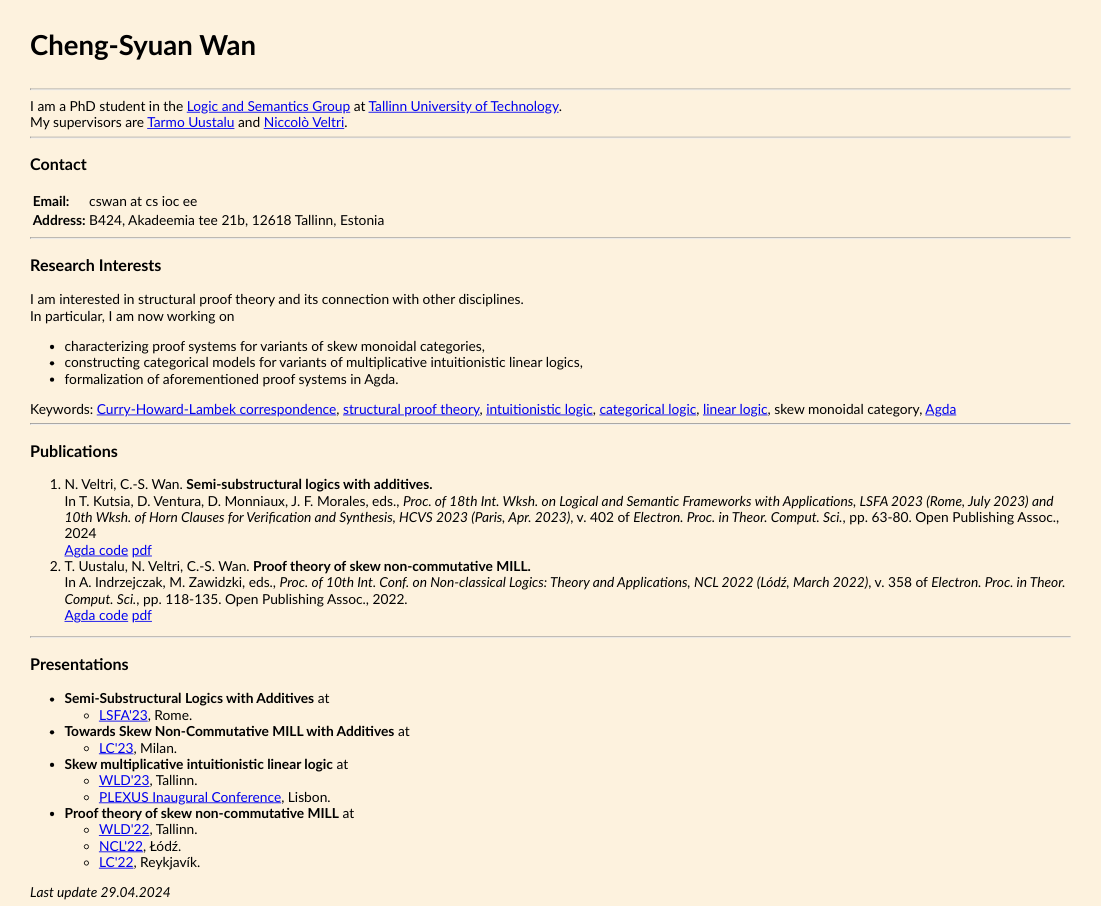
Repository: cswphilo/cswphilo.github.io
Page: index.html
These files come from the project's save history. The page is drawn as it stood at one moment and after the next save; the edit follows.
The browser window is 1280 px wide. The pictures show the whole page, at 86% of full size.

Above is the page before, as saved 2024-04-29 11:20:44.

### index.html
<!DOCTYPE html>

<head>
    <link rel="preconnect" href="https://fonts.googleapis.com">
    <link rel="preconnect" href="https://fonts.gstatic.com" crossorigin>
    <link href="https://fonts.googleapis.com/css2?family=Noto+Sans+Mono&display=swap" rel="stylesheet">
    <style type ="text/css">
        body {
            background-color: #fdf2de;
            font-family: 'Gill Sans', 'Gill Sans MT', Calibri, 'Trebuchet MS', sans-serif, 'Noto Sans Mono';
            font-size: medium;
            margin-left: 35px;
            margin-right: 35px;
        }
        p {
            color:#000000;
        }
    </style>
    <title> Cheng-Syuan Wan </title>
</head>
<body>
    <div><h1><p>Cheng-Syuan Wan</p></h1>
        <!-- <img src="avatar.jpg" style="width:16%;height:16%; margin-left: 140px;"> -->
    </div>
    <hr/>
    <div>
        I am a PhD student in the <a href="https://cs.ioc.ee/lsg/">Logic and Semantics Group</a> at <a href="https://taltech.ee/en/">Tallinn University of Technology</a>.
        <br/>
        My supervisors are <a href="https://cs.ioc.ee/~tarmo/">Tarmo Uustalu</a> and <a href="https://niccoloveltri.github.io/">Niccolò Veltri</a>.
    </div>
    <hr/>
    <div>
        <h3>Contact</h3>
        <table>
            <tr>
                <td><b>Email: </b></td> <td> cswan at cs ioc ee </td>
            </tr>
            <tr>
                <td><b>Address: </b></td> <td>B424, Akadeemia tee 21b, 12618 Tallinn, Estonia</td>
            </tr>
        </table>
    </div>
    <hr/>
    <div>
        <h3>Research Interests</h3>
        I am interested in structural proof theory and its connection with other disciplines.
        <br/>
        In particular, I am now working on
        <ul>
            <li>characterizing proof systems for variants of skew monoidal categories, </li>
            <li>constructing categorical models for variants of multiplicative intuitionistic linear logics, </li>
            <li>formalization of aforementioned proof systems in Agda.</li>
        </ul>
Keywords: <a href="https://en.wikipedia.org/wiki/Curry%E2%80%93Howard_correspondence">Curry-Howard-Lambek correspondence</a>, <a href="https://plato.stanford.edu/entries/proof-theory/#NewLogiCalc">structural proof theory</a>, <a href="https://plato.stanford.edu/entries/logic-intuitionistic/">intuitionistic logic</a>, <a href="https://en.wikipedia.org/wiki/Categorical_logic">categorical logic</a>, <a href="https://plato.stanford.edu/entries/logic-linear/">linear logic</a>, skew monoidal category, <a href="https://agda.readthedocs.io/en/v2.6.2.2/getting-started/what-is-agda.html">Agda</a>
    </div>
    <hr/>
    <div>
        <h3>Publications</h3>
    <ol>
        <li>N. Veltri, C.-S. Wan. <b>Semi-substructural logics with additives.</b>
        <br />
            In T. Kutsia, D. Ventura, D. Monniaux, J. F. Morales, eds., <em>Proc. of 18th Int. Wksh. on Logical and Semantic Frameworks with Applications, LSFA 2023 (Rome, July 2023) and 10th Wksh. of Horn Clauses for Verification and Synthesis, HCVS 2023 (Paris, Apr. 2023)</em>, v. 402 of <em>Electron. Proc. in Theor. Comput. Sci.</em>, pp. 63-80. Open Publishing Assoc., 2024
        <br />
            <a href="https://github.com/cswphilo/SkewMonAdd">Agda code</a>
            <a href="https://cgi.cse.unsw.edu.au/~eptcs/paper.cgi?LSFA2023.8.pdf">pdf</a>
        </li>
        <li>T. Uustalu, N. Veltri, C.-S. Wan. <b>Proof theory of skew non-commutative MILL.</b>
        <br />
            In A. Indrzejczak, M. Zawidzki, eds., <em>Proc. of 10th Int. Conf. on Non-classical Logics: Theory and Applications, NCL 2022 (Lódź, March 2022)</em>, v. 358 of <em>Electron. Proc. in Theor. Comput. Sci.</em>, pp. 118-135. Open Publishing Assoc., 2022.
        <br />
            <a href="https://github.com/niccoloveltri/code-skewmonclosed">Agda code</a>
            <a href="https://cgi.cse.unsw.edu.au/~eptcs/paper.cgi?NCL2022.9.pdf">pdf</a>
        </li>
    </ol>
    </div>
    <hr/>
    <div>
        <h3 id="presentations">Presentations</h3>
        <ul>
           <li><b>Semi-Substructural Logics with Additives</b> at
                <ul>
                    <li><a href="https://sites.google.com/ufg.br/lsfa2023/">LSFA'23</a>, Rome. </li>
                </ul>
           <li><b>Towards Skew Non-Commutative MILL with Additives</b> at
            <ul>
                <li><a href="https://lc2023.unimi.it/">LC'23</a>, Milan. </li>
            </ul>
           <li><b>Skew multiplicative intuitionistic linear logic</b> at
            <ul>
                <li><a href="https://cs.ioc.ee/lsg/wld23/">WLD'23</a>, Tallinn. </li>
                <li><a href="https://cful.letras.ulisboa.pt/lancog/events/plexus-inaugural-conference-24-27-may-2023/">PLEXUS Inaugural Conference</a>, Lisbon. </li>
            </ul>
           </li>
           <li><b>Proof theory of skew non-commutative MILL</b> at
            <ul>
                <li><a href="https://cs.ioc.ee/lsg/wld22/">WLD'22</a>, Tallinn. </li>
                <li><a href="https://easychair.org/smart-program/NCL'22/">NCL'22</a>, Łódź. </li>
                <li><a href="http://icetcs.ru.is/lc2022/">LC'22</a>, Reykjavík. </li>
            </ul>
        </li>
        </ul>
    </div>
    <address>
        Last update 29.04.2024
    </address>
</body>

After the next save:
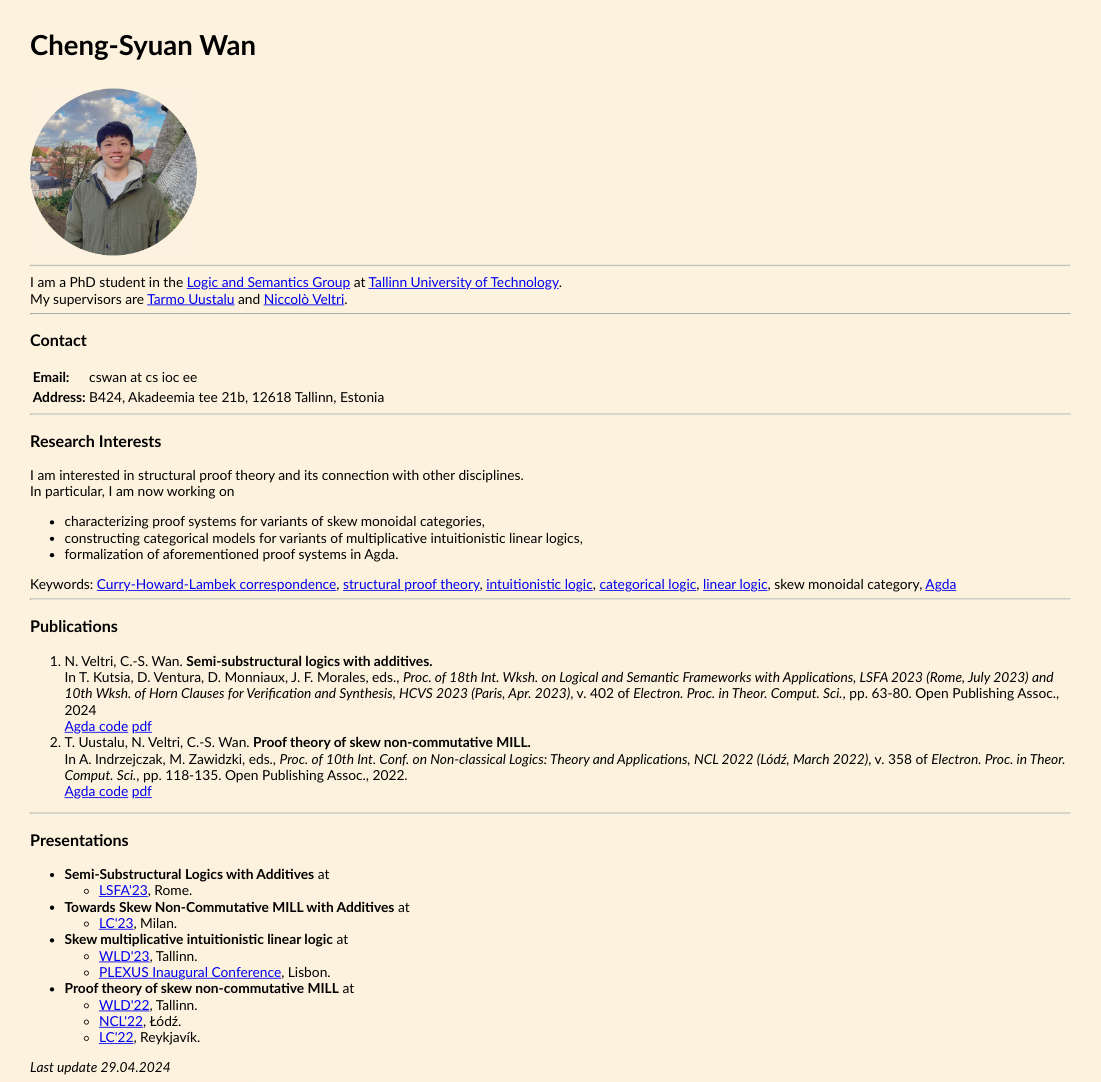
Saved 3 days later.
--- a/index.html
+++ b/index.html
@@ -20,7 +20,7 @@
 </head>
 <body>
     <div><h1><p>Cheng-Syuan Wan</p></h1>
-        <!-- <img src="avatar.jpg" style="width:16%;height:16%; margin-left: 140px;"> -->
+        <img src="avatar.png" style="width:16%;height:16%;">
     </div>
     <hr/>
     <div>
